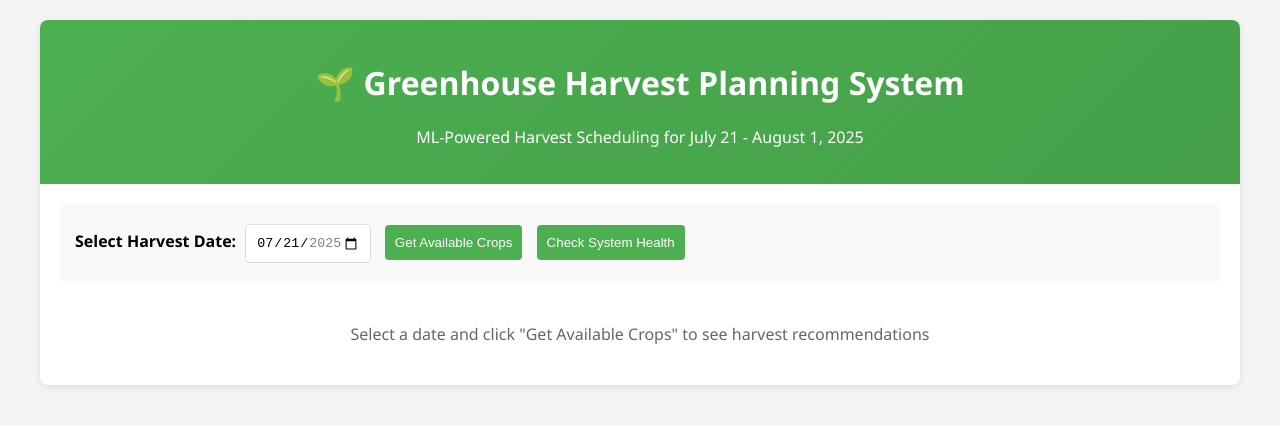
Repository: ishangupta3/GreenhouseHarvestStudy-Ishan-Gupta
Page: templates/index.html
An editor plug-in stored every save of this project. The page is shown before and after the next save, followed by the edit.
The browser window is 1280 px wide. The pictures show the whole page.

Above is the page before, as saved 2025-07-22 18:45:28.

### templates/index.html
<!DOCTYPE html>
<html lang="en">
<head>
    <meta charset="UTF-8">
    <meta name="viewport" content="width=device-width, initial-scale=1.0">
    <title>Greenhouse Harvest Planning System</title>
    <style>
        body {
            font-family: 'Segoe UI', Tahoma, Geneva, Verdana, sans-serif;
            margin: 0;
            padding: 20px;
            background-color: #f5f5f5;
        }
        .container {
            max-width: 1200px;
            margin: 0 auto;
            background: white;
            border-radius: 8px;
            box-shadow: 0 2px 10px rgba(0,0,0,0.1);
            overflow: hidden;
        }
        .header {
            background: linear-gradient(135deg, #4CAF50, #45a049);
            color: white;
            padding: 20px;
            text-align: center;
        }
        .content {
            padding: 20px;
        }
        .date-selector {
            margin-bottom: 20px;
            padding: 15px;
            background: #f9f9f9;
            border-radius: 5px;
        }
        .date-selector input, .date-selector button {
            padding: 10px;
            margin: 5px;
            border: 1px solid #ddd;
            border-radius: 4px;
        }
        .date-selector button {
            background: #4CAF50;
            color: white;
            border: none;
            cursor: pointer;
        }
        .date-selector button:hover {
            background: #45a049;
        }
        .crop-section {
            margin-bottom: 20px;
            border: 1px solid #ddd;
            border-radius: 5px;
            overflow: hidden;
        }
        .crop-header {
            background: #4CAF50;
            color: white;
            padding: 10px 15px;
            font-weight: bold;
        }
        .crop-content {
            padding: 15px;
        }
        .crop-grid {
            display: grid;
            grid-template-columns: repeat(auto-fill, minmax(300px, 1fr));
            gap: 10px;
        }
        .crop-item {
            background: #f9f9f9;
            padding: 10px;
            border-radius: 4px;
            border-left: 4px solid #4CAF50;
        }
        .crop-item h4 {
            margin: 0 0 5px 0;
            color: #333;
        }
        .crop-item p {
            margin: 2px 0;
            color: #666;
            font-size: 14px;
        }
        .summary {
            background: #e8f5e8;
            padding: 15px;
            border-radius: 5px;
            margin-bottom: 20px;
        }
        .summary h3 {
            margin-top: 0;
            color: #2e7d32;
        }
        .loading {
            text-align: center;
            padding: 20px;
            color: #666;
        }
        .error {
            background: #ffebee;
            color: #c62828;
            padding: 10px;
            border-radius: 4px;
            margin: 10px 0;
        }
    </style>
</head>
<body>
    <div class="container">
        <div class="header">
            <h1>🌱 Greenhouse Harvest Planning System</h1>
            <p>ML-Powered Harvest Scheduling for July 21 - August 1, 2025</p>
        </div>

        <div class="content">
            <div class="date-selector">
                <label for="harvest-date"><strong>Select Harvest Date:</strong></label>
                <input type="date" id="harvest-date" value="2025-07-21" min="2025-07-21" max="2025-08-01">
                <button onclick="loadCrops()">Get Available Crops</button>
                <button onclick="loadHealth()">Check System Health</button>
            </div>

            <div id="summary" class="summary" style="display: none;">
                <h3>📊 Summary</h3>
                <div id="summary-content"></div>
            </div>

            <div id="results">
                <div class="loading">Select a date and click "Get Available Crops" to see harvest recommendations</div>
            </div>
        </div>
    </div>

    <script>
        async function loadCrops() {
            const date = document.getElementById('harvest-date').value;
            const resultsDiv = document.getElementById('results');
            const summaryDiv = document.getElementById('summary');

            resultsDiv.innerHTML = '<div class="loading">Loading available crops...</div>';
            summaryDiv.style.display = 'none';

            try {
                const response = await fetch(`/api/crops/${date}`);
                if (!response.ok) {
                    throw new Error(`HTTP error! status: ${response.status}`);
                }
                const data = await response.json();
                displayResults(data);
            } catch (error) {
                resultsDiv.innerHTML = `<div class="error">Error loading data: ${error.message}</div>`;
            }
        }

        function displayResults(data) {
            const resultsDiv = document.getElementById('results');
            const summaryDiv = document.getElementById('summary');
            const summaryContent = document.getElementById('summary-content');

            // Display summary
            summaryContent.innerHTML = `
                <p><strong>Date:</strong> ${data.date}</p>
                <p><strong>Total Available Crops:</strong> ${data.summary.total_available_crops}</p>
                <p><strong>Total Predicted Yield:</strong> ${data.summary.total_predicted_yield_kg} kg</p>
            `;
            summaryDiv.style.display = 'block';

            // Display crops by type
            let html = '';
            const cropTypes = ['LETTUCE', 'ARUGULA', 'SPINACH', 'KALE'];

            cropTypes.forEach(cropType => {
                const crops = data.crops[cropType] || [];
                if (crops.length > 0) {
                    html += `
                        <div class="crop-section">
                            <div class="crop-header">${cropType} (${crops.length} crops available)</div>
                            <div class="crop-content">
                                <div class="crop-grid">
                    `;

                    crops.slice(0, 10).forEach(crop => { // Show first 10 crops
                        const yieldKg = (crop.predicted_yield_g / 1000).toFixed(2);
                        const confidencePercent = (crop.confidence_score * 100).toFixed(1);

                        html += `
                            <div class="crop-item">
                                <h4>${crop.sub_crop}</h4>
                                <p><strong>Yield:</strong> ${yieldKg} kg</p>
                                <p><strong>Confidence:</strong> ${confidencePercent}%</p>
                                <p><strong>Plants:</strong> ${crop.num_plants}</p>
                                <p><strong>Location:</strong> House ${crop.house_number}, (${crop.x_position}, ${crop.y_position})</p>
                            </div>
                        `;
                    });

                    if (crops.length > 10) {
                        html += `<p><em>... and ${crops.length - 10} more crops</em></p>`;
                    }

                    html += `
                                </div>
                            </div>
                        </div>
                    `;
                } else {
                    html += `
                        <div class="crop-section">
                            <div class="crop-header">${cropType}</div>
                            <div class="crop-content">
                                <p>No crops available for this date with high confidence predictions.</p>
                            </div>
                        </div>
                    `;
                }
            });

            resultsDiv.innerHTML = html;
        }

        async function loadHealth() {
            try {
                const response = await fetch('/api/health');
                const data = await response.json();
                alert(`System Health: ${data.status}\nDatabase: ${data.database}`);
            } catch (error) {
                alert(`Health check failed: ${error.message}`);
            }
        }

        // Load initial data when page loads
        document.addEventListener('DOMContentLoaded', function() {
            // Set default date to July 21, 2025
            document.getElementById('harvest-date').value = '2025-07-21';
        });
    </script>
</body>
</html>

After the next save:
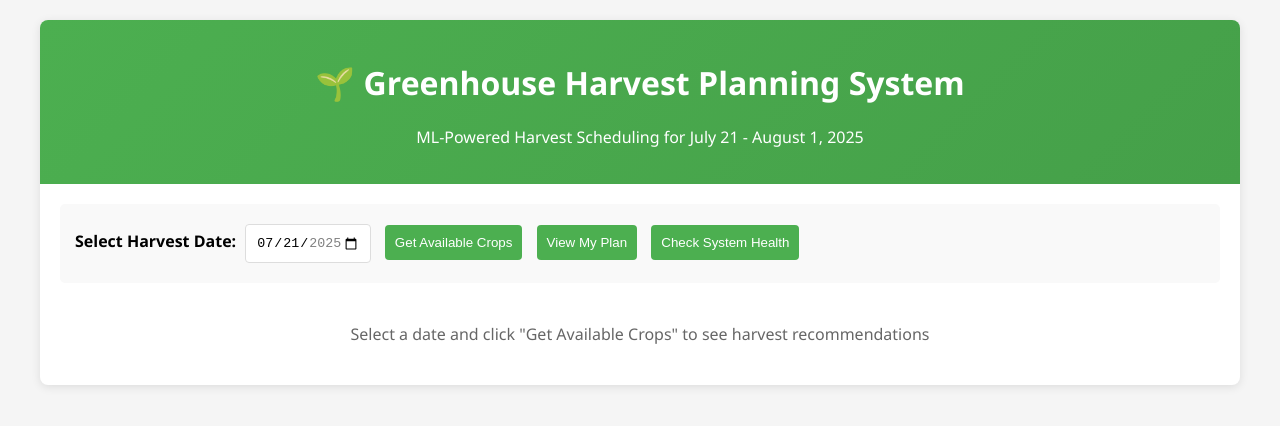
Saved 2 min 2 s later.
--- a/templates/index.html
+++ b/templates/index.html
@@ -120,6 +120,7 @@
                 <label for="harvest-date"><strong>Select Harvest Date:</strong></label>
                 <input type="date" id="harvest-date" value="2025-07-21" min="2025-07-21" max="2025-08-01">
                 <button onclick="loadCrops()">Get Available Crops</button>
+                <button onclick="loadCurrentPlan()">View My Plan</button>
                 <button onclick="loadHealth()">Check System Health</button>
             </div>
 
